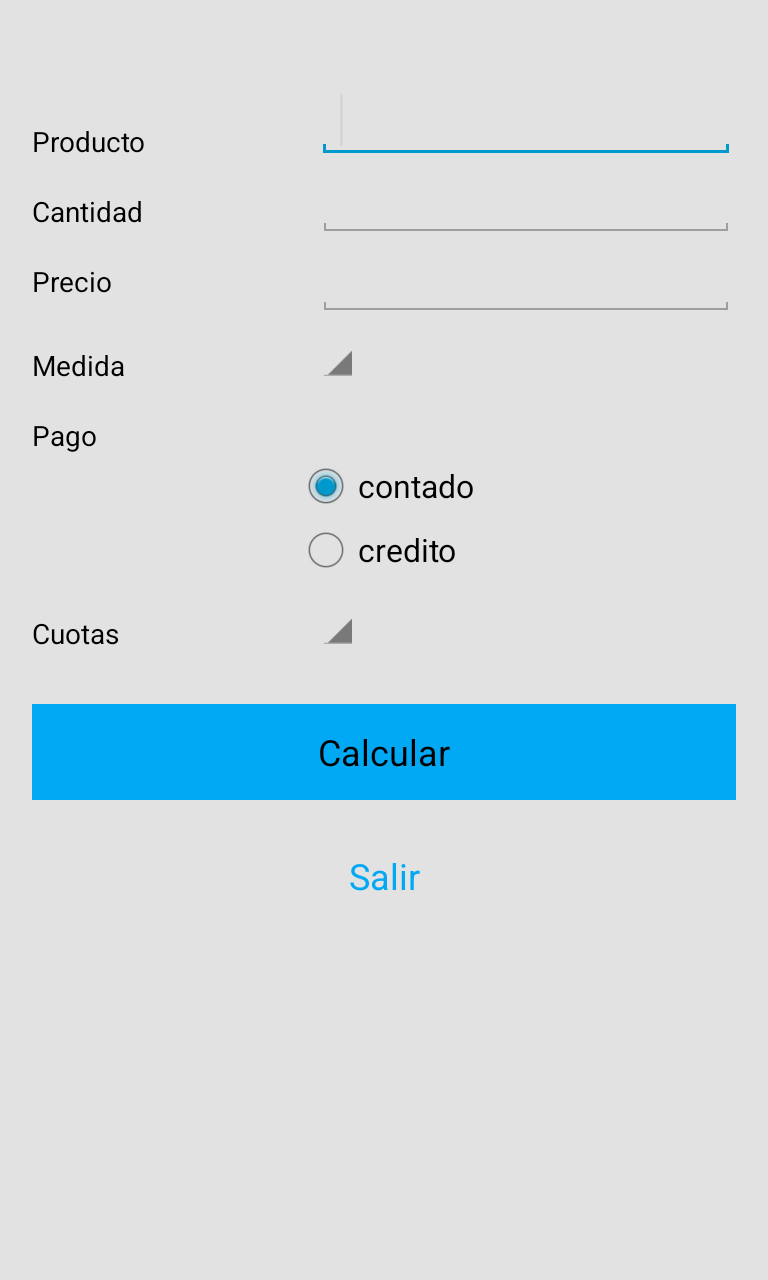
Repository: dev-lusaja/Clases-Android
Layout: Android.Trabajo_1/res/layout/activity_main.xml
These files come from the project's save history. The layout is drawn as it stood at one moment and after the next save; the edit follows.
It is drawn on a 768 x 1280 px phone screen (xhdpi) without system bars, with theme AppTheme; the app's code is not run.

Above is the layout before, as saved 2017-04-18 03:53:16.

### Android.Trabajo_1/res/layout/activity_main.xml
<RelativeLayout xmlns:android="http://schemas.android.com/apk/res/android"
    xmlns:tools="http://schemas.android.com/tools"
    android:layout_width="match_parent"
    android:layout_height="match_parent"
    android:paddingBottom="@dimen/activity_vertical_margin"
    android:paddingLeft="@dimen/activity_horizontal_margin"
    android:paddingRight="@dimen/activity_horizontal_margin"
    android:paddingTop="@dimen/activity_vertical_margin"
    tools:context=".MainActivity"
    android:background="#E1E2E1">

    <TextView
        android:id="@+id/lblCantidad"
        android:layout_width="wrap_content"
        android:layout_height="wrap_content"
        android:layout_alignLeft="@+id/lblProducto"
        android:layout_below="@+id/lblProducto"
        android:layout_marginTop="16dp"
        android:text="@string/lblCantidad"
        android:textColor="#000000"/>

    <EditText
        android:id="@+id/txtProducto"
        android:layout_width="wrap_content"
        android:layout_height="wrap_content"
        android:layout_above="@+id/lblCantidad"
        android:layout_alignParentRight="true"
        android:ems="10"
        android:inputType="text"
        android:textColor="#000000">

        <requestFocus />
    </EditText>

    <EditText
        android:id="@+id/txtCantidad"
        android:layout_width="wrap_content"
        android:layout_height="wrap_content"
        android:layout_alignLeft="@+id/txtProducto"
        android:layout_below="@+id/txtProducto"
        android:ems="10"
        android:inputType="number"
        android:textColor="#000000"/>

    <EditText
        android:id="@+id/txtPrecio"
        android:layout_width="wrap_content"
        android:layout_height="wrap_content"
        android:layout_alignLeft="@+id/txtCantidad"
        android:layout_below="@+id/txtCantidad"
        android:ems="10"
        android:inputType="number"
        android:textColor="#000000"/>

    <TextView
        android:id="@+id/lblMedida"
        android:layout_width="wrap_content"
        android:layout_height="wrap_content"
        android:layout_alignLeft="@+id/lblPrecio"
        android:layout_below="@+id/txtPrecio"
        android:layout_marginTop="14dp"
        android:text="@string/lblMedida"
        android:textColor="#000000"/>

    <Spinner
        android:id="@+id/spnMedida"
        android:layout_width="wrap_content"
        android:layout_height="wrap_content"
        android:layout_above="@+id/lblPago"
        android:layout_alignLeft="@+id/txtPrecio"
        android:layout_below="@+id/txtPrecio"
        android:textColor="#000000" />

    <TextView
        android:id="@+id/lblPago"
        android:layout_width="wrap_content"
        android:layout_height="wrap_content"
        android:layout_alignLeft="@+id/lblMedida"
        android:layout_below="@+id/lblMedida"
        android:layout_marginTop="16dp"
        android:text="@string/lblPago"
        android:textColor="#000000"/>

    <RadioGroup
        android:id="@+id/radioGroup1"
        android:layout_width="wrap_content"
        android:layout_height="wrap_content"
        android:layout_below="@+id/lblPago"
        android:layout_centerHorizontal="true"
        android:textColor="#000000">

        <RadioButton
            android:id="@+id/rbContado"
            android:layout_width="wrap_content"
            android:layout_height="wrap_content"
            android:checked="true"
            android:text="@string/rbContado"
            android:textColor="#000000"/>

        <RadioButton
            android:id="@+id/rbCredito"
            android:layout_width="wrap_content"
            android:layout_height="wrap_content"
            android:text="@string/rbCredito"
            android:textColor="#000000"/>
    </RadioGroup>

    <Spinner
        android:id="@+id/spnCuotas"
        android:layout_width="wrap_content"
        android:layout_height="wrap_content"
        android:layout_above="@+id/btnCalcular"
        android:layout_alignLeft="@+id/spnMedida"
        android:layout_below="@+id/radioGroup1"
        android:textColor="#000000" />

    <Button
        android:id="@+id/btnCalcular"
        android:layout_width="wrap_content"
        android:layout_height="wrap_content"
        android:layout_alignParentLeft="true"
        android:layout_alignParentRight="true"
        android:layout_below="@+id/lblCuotas"
        android:layout_marginTop="26dp"
        android:text="@string/btnCalcular"
        android:textColor="#000000"
        android:background="#01a9f4"/>

    <TextView
        android:id="@+id/lblPrecio"
        android:layout_width="wrap_content"
        android:layout_height="wrap_content"
        android:layout_alignBaseline="@+id/txtPrecio"
        android:layout_alignBottom="@+id/txtPrecio"
        android:layout_alignLeft="@+id/lblCantidad"
        android:text="@string/lblPrecio"
        android:textColor="#000000"/>

    <TextView
        android:id="@+id/lblCuotas"
        android:layout_width="wrap_content"
        android:layout_height="wrap_content"
        android:layout_alignLeft="@+id/lblPago"
        android:layout_below="@+id/radioGroup1"
        android:layout_marginTop="16dp"
        android:text="@string/lblCuotas"
        android:textColor="#000000"/>

    <TextView
        android:id="@+id/lblProducto"
        android:layout_width="wrap_content"
        android:layout_height="wrap_content"
        android:layout_alignLeft="@+id/btnCalcular"
        android:layout_alignParentTop="true"
        android:layout_marginTop="45dp"
        android:text="@string/lblProducto"
        android:textColor="#000000" />

    <Button
        android:id="@+id/btnSalir"
        android:layout_width="wrap_content"
        android:layout_height="wrap_content"
        android:layout_alignLeft="@+id/btnCalcular"
        android:layout_alignParentRight="true"
        android:layout_below="@+id/btnCalcular"
        android:layout_marginTop="14dp"
        android:background="#E1E2E1"
        android:text="@string/btnSalir"
        android:textColor="#01a9f4" />

</RelativeLayout>

### Android.Trabajo_1/res/values/strings.xml
<?xml version="1.0" encoding="utf-8"?>
<resources>

    <string name="app_name">Sistema de Ventas</string>
    <string name="action_settings">Settings</string>
    <string name="hello_world">Hello world!</string>
    <string name="lblProducto">Producto</string>
    <string name="lblCantidad">Cantidad</string>
    <string name="lblPrecio">Precio</string>
    <string name="lblMedida">Medida</string>
    <string name="lblPago">Pago</string>
    <string name="lblCuotas">Cuotas</string>
    <string name="btnCalcular">Calcular</string>
    <string name="btnSalir">Salir</string>
    <string name="rbContado">contado</string>
    <string name="rbCredito">credito</string>
    <string name="lblDias">dia(s)</string>

</resources>

Loaded but not shown: Android.Trabajo_1/res/values/styles.xml (common file); Android.Trabajo_1/res/values-v11/styles.xml (common file); Android.Trabajo_1/res/values-v14/styles.xml (common file); Android.Trabajo_1/res/values/dimens.xml (common file)

After the next save:
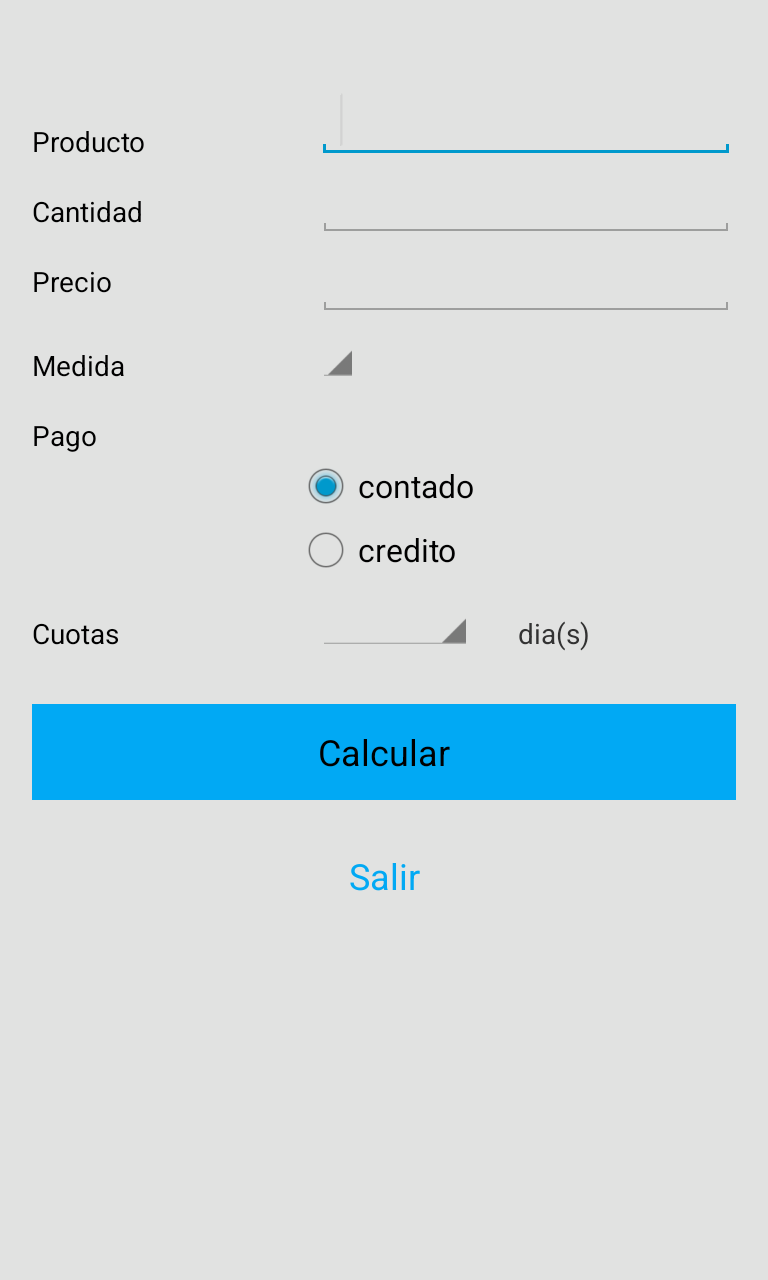
Saved 28 s later.
--- a/Android.Trabajo_1/res/layout/activity_main.xml
+++ b/Android.Trabajo_1/res/layout/activity_main.xml
@@ -95,7 +95,7 @@
             android:layout_height="wrap_content"
             android:checked="true"
             android:text="@string/rbContado"
-            android:textColor="#000000"/>
+            android:textColor="#000000" />
 
         <RadioButton
             android:id="@+id/rbCredito"
@@ -111,6 +111,7 @@
         android:layout_height="wrap_content"
         android:layout_above="@+id/btnCalcular"
         android:layout_alignLeft="@+id/spnMedida"
+        android:layout_alignRight="@+id/radioGroup1"
         android:layout_below="@+id/radioGroup1"
         android:textColor="#000000" />
 
@@ -168,4 +169,13 @@
         android:text="@string/btnSalir"
         android:textColor="#01a9f4" />
 
+    <TextView
+        android:id="@+id/lblDias"
+        android:layout_width="wrap_content"
+        android:layout_height="wrap_content"
+        android:layout_above="@+id/btnCalcular"
+        android:layout_marginLeft="22dp"
+        android:layout_toRightOf="@+id/spnCuotas"
+        android:text="@string/lblDias" />
+
 </RelativeLayout>
